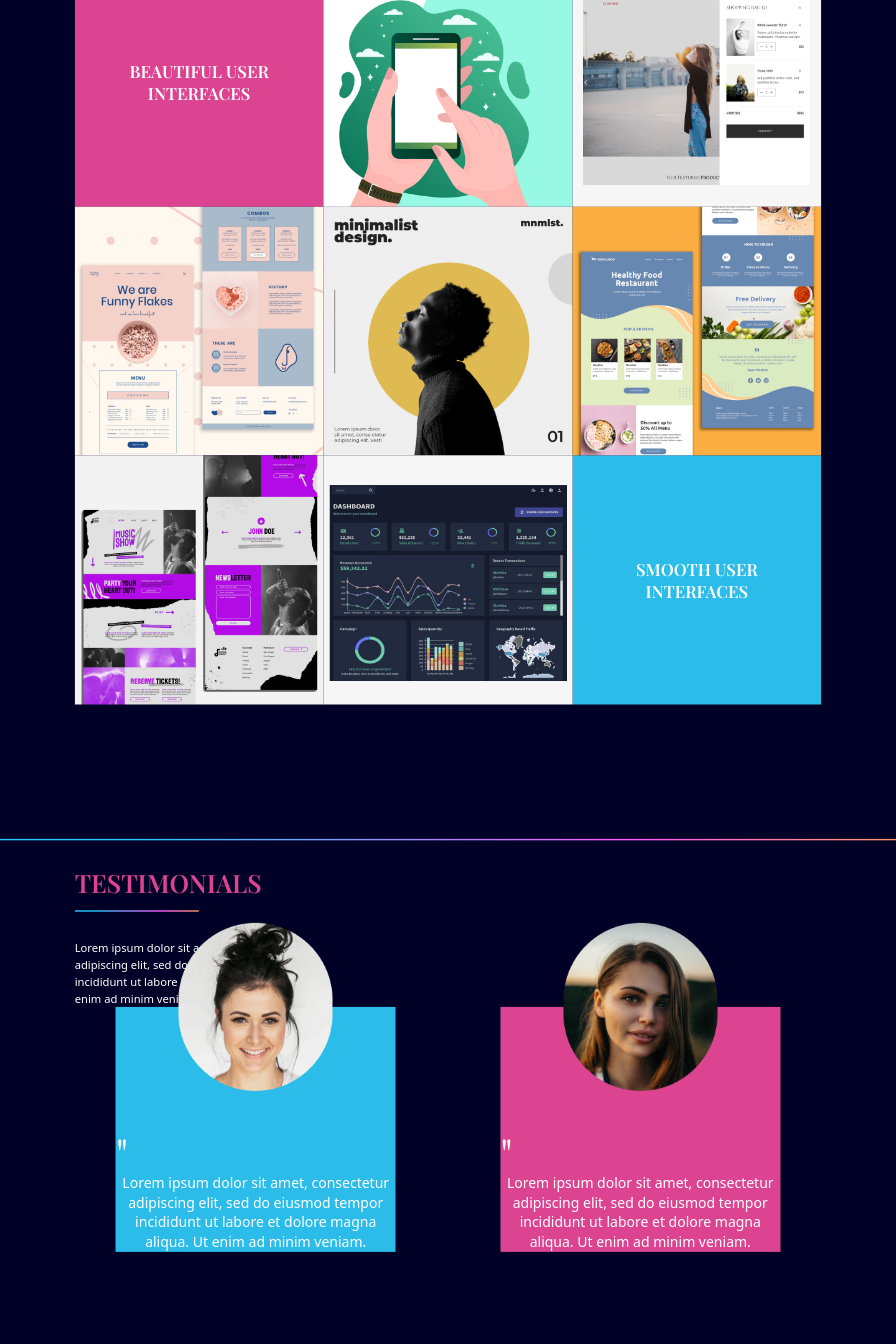
Repository: thibaultNicolas/portfolio-react
Page: /
An editor plug-in stored every save of this project. The page is shown before and after a run of saves, followed by the edit.
The browser window is 1280 px wide. The pictures show the part of the page from y = 2039 to 3959 px (the page is 3959 px tall), at 70% of full size.
The project was rebuilt for these pictures with package versions that can differ from the ones it lists, and the page was loaded fresh each time. Also part of the build but not shown: next.config.ts.

Above is the page before, as saved 2023-01-08 12:03:37.

After the next 2 saves:
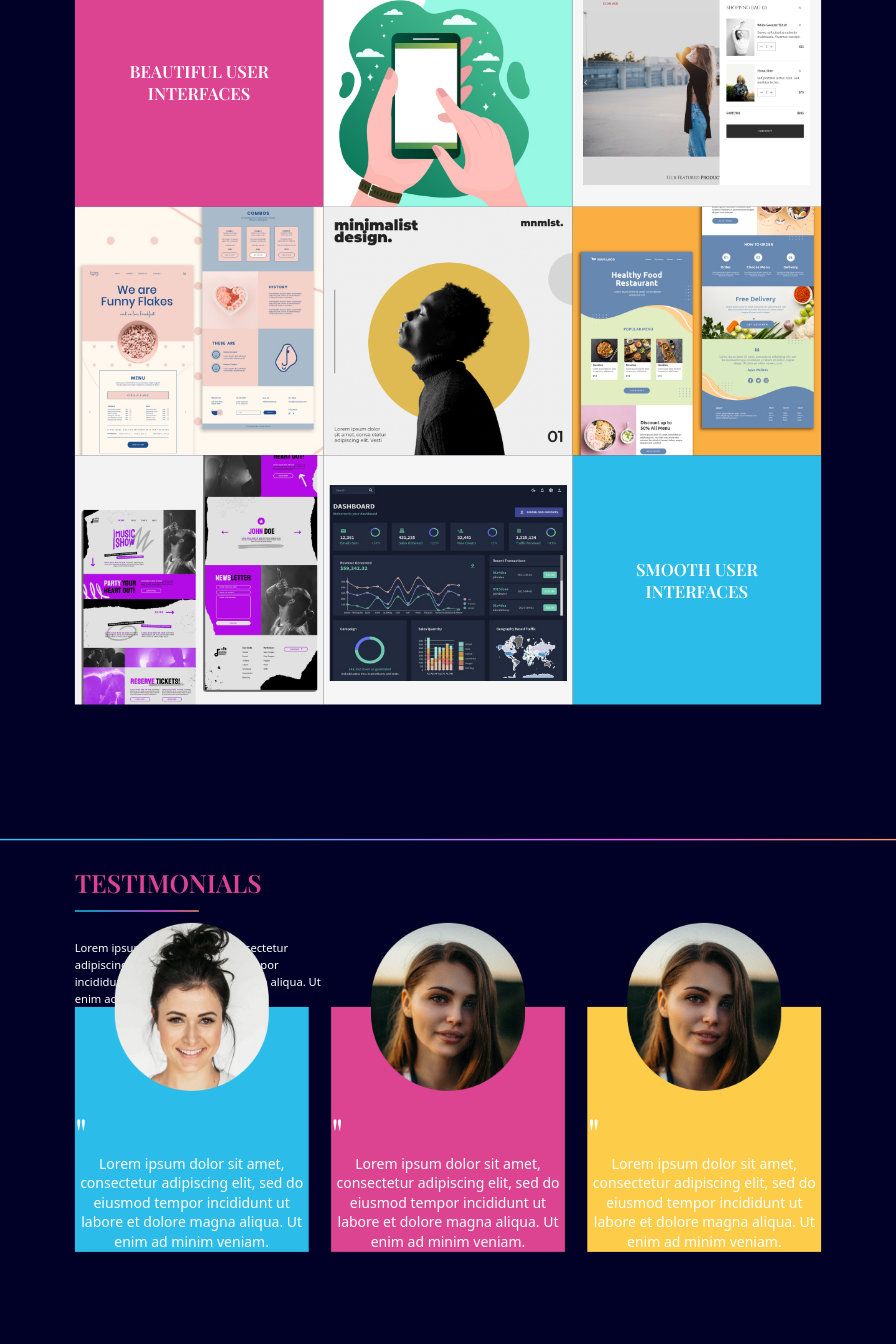
The 2 saves are shown as one change because they came seconds apart.
The last was saved 25 s later.
--- a/src/scenes/Testimonials.jsx
+++ b/src/scenes/Testimonials.jsx
@@ -68,6 +68,24 @@ const Testimonials = () => {
                         magna aliqua. Ut enim ad minim veniam.
                     </p>
                 </motion.div>
+                <motion.div
+                    className={`bg-yellow ${testimonialsStyles} before:content-person2`}
+                    initial="hidden"
+                    whileInView="visible"
+                    viewport={{ once: true, amount: 0.5 }}
+                    transition={{ delay: 0.2, duration: 0.5 }}
+                    variants={{
+                        hidden: { opacity: 0, scale: 0.8 },
+                        visible: { opacity: 1, scale: 1 },
+                    }}
+                >
+                    <p className="font-playfair text-6xl">"</p>
+                    <p className="text-center text-xl">
+                        Lorem ipsum dolor sit amet, consectetur adipiscing elit,
+                        sed do eiusmod tempor incididunt ut labore et dolore
+                        magna aliqua. Ut enim ad minim veniam.
+                    </p>
+                </motion.div>
             </div>
         </section>
     );
